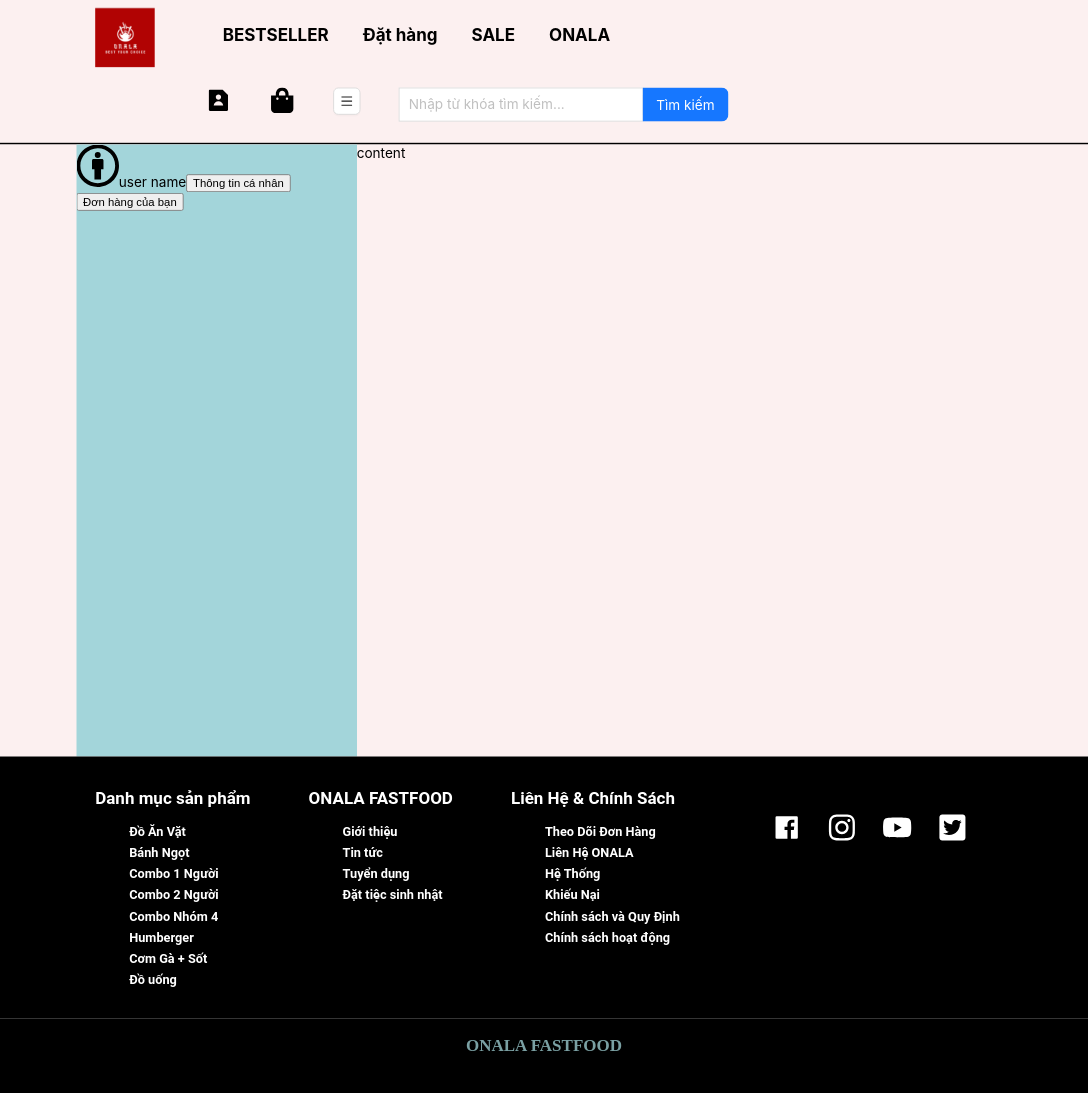
Repository: tranlan149/ONALA
Page: /account
These files come from the project's save history. The page is drawn as it stood at one moment and after the next save; the edit follows.
The browser window is 1280 px wide. The pictures show the whole page, at 85% of full size.
The project was rebuilt for these pictures with package versions that can differ from the ones it lists, and the page was loaded fresh each time. Also part of the build but not shown: src/Components/Search/Search.css, src/Pages/BestSeller/index.js, src/Pages/ONALA/index.js, src/Pages/Sale/index.js, src/Pages/Recommend/index.js, src/Pages/Register/RegisterForm.module.css, src/Pages/Register/index.js, src/Pages/Login/LoginForm.module.css and 12 more.

Above is the page before, as saved 2025-02-11 16:07:03.

### src/App.js
import { Route, Routes } from 'react-router-dom';
import './App.css';
import Layout from './Layout';
import BestSeller from './Pages/BestSeller';
import ONALA from './Pages/ONALA';
import Sale from './Pages/Sale';
import Recommend from './Pages/Recommend';
import Register from './Pages/Register';
import Login from './Pages/Login';
import Order from './Pages/Order';
import Cart from './Pages/Cart';
import Home from './Pages/Home';
import AccountPage from './Pages/Account';

function App() {
  return (
    <>
      <Routes>
          <Route path='/' element={<Layout/>}>
            <Route path='/' element={<Home/>} />
            <Route path='/bestseller' element={<BestSeller/>} />
            <Route path='/account' element={<AccountPage/>} />
            <Route path='/recommend' element={<Recommend/>} />
            <Route path='/order' element={<Order/>} />
            <Route path='/cart' element={<Cart/>} />
            <Route path='/onala' element={<ONALA/>} />
            <Route path='sale' element={<Sale/>} />
            <Route path= 'register' element = {<Register/>}/>

          </Route>





      </Routes>
    </>
  );
}

export default App;

### src/App.css
.App {
  text-align: center;
}

.App-logo {
  height: 40vmin;
  pointer-events: none;
}

@media (prefers-reduced-motion: no-preference) {
  .App-logo {
    animation: App-logo-spin infinite 20s linear;
  }
}

.App-header
{
  background-color: #282c34;
  min-height: 100vh;
  display: flex;
  flex-direction: column;
  align-items: center;
  justify-content: center;
  font-size: calc(10px + 2vmin);
  color: white;
}
.layout_main {
  background-color: #FCF0F0;
}

.App-link {
  color: #61dafb;
}

@keyframes App-logo-spin {
  from {
    transform: rotate(0deg);
  }
  to {
    transform: rotate(360deg);
  }
}

### src/Layout/index.js
import { Outlet } from "react-router-dom";
import {  NavLink } from "react-router-dom";
import logo from "../image/logo.png"
import { RiFileUserFill } from "react-icons/ri";
import { FaShoppingBag } from "react-icons/fa";
import { BiLogoFacebookSquare } from "react-icons/bi";
import { FaInstagram } from "react-icons/fa";
import { FaYoutube } from "react-icons/fa";
import { FaTwitterSquare } from "react-icons/fa";
import SearchBar from '../Components/Search/Search'
import './style.css';

import MenuDropdown from "../Components/dropdown/MenuDropdown";

function Layout(){
    return(
        <>
            <div className='layout'>
                <header className="layout_header">
                    <div className='layout_logo'>
                        <NavLink to='/'>
                            <img src={logo} alt="logo" style={{height:'70px ', width:'70px '}}/>
                        </NavLink>

                    </div>
                    <div className='layout_menu_1'>
                        <ul>
                            <li>
                                <NavLink to='/bestseller'>BESTSELLER</NavLink>
                            </li>
                            <li>
                                <NavLink to='/order'>Đặt hàng </NavLink>
                            </li>
                            <li>
                                <NavLink to='/sale'>SALE</NavLink>
                            </li>
                            <li>
                                <NavLink to='/onala'>ONALA </NavLink>
                            </li>
                        </ul>
                    </div>
                    <div className='layout_menu_2'>
                        <ul>
                            <li>
                                <NavLink to='/account'>
                                    <RiFileUserFill style={{color:'#000 ', fontSize:'30px'}}/>
                                </NavLink>
                            </li>
                            <li>
                                <NavLink to='/cart'>
                                    <FaShoppingBag style={{color:'#000 ', fontSize:'30px'}}/>
                                </NavLink>
                            </li>

                            <li>

                                <MenuDropdown style={{color:'#000 ', fontSize:'30px'}}/>

                            </li>
                            <li>
                                <SearchBar style={{color:'#000000'}}/>
                            </li>
                        </ul>
                    </div>
                </header>
                <main className="layout_main"><Outlet/></main>
                <footer className="layout_footer" >
                    <div className="footer_1">
                        <h2>Danh mục sản phẩm</h2>
                        <ul>
                            <li>
                                <NavLink to='/'>Đồ Ăn Vặt</NavLink>
                            </li>
                            <li>
                                <NavLink to='/'>Bánh Ngọt</NavLink>
                            </li>
                            <li>
                                <NavLink to='/'>Combo 1 Người</NavLink>
                            </li>
                            <li>
                                <NavLink to='/'>Combo 2 Người</NavLink>
                            </li>
                            <li>
                                <NavLink to='/'>Combo Nhóm 4</NavLink>
                            </li>
                            <li>
                                <NavLink to='/'>Humberger</NavLink>
                            </li>
                            <li>
                                <NavLink to='/'>Cơm Gà + Sốt</NavLink>
                            </li>
                            <li>
                                <NavLink to='/'>Đồ uống</NavLink>
                            </li>
                        </ul>

                    </div>
                    <div className="footer_1">
                        <h2>ONALA FASTFOOD</h2>
                        <ul>
                            <li>
                                <NavLink to='/recommend'>Giới thiệu</NavLink>
                            </li>
                            <li>
                                <NavLink to='/'>Tin tức</NavLink>
                            </li>
                            <li>
                                <NavLink to='/'>Tuyển dụng </NavLink>
                            </li>
                            <li>
                                <NavLink to='/'>Đặt tiệc sinh nhật</NavLink>
                            </li>
                        </ul>
                    </div>
                    <div className="footer_1">
                        <h2>Liên Hệ & Chính Sách </h2>
                        <ul>
                            <li>
                                <NavLink to='/'>Theo Dõi Đơn Hàng</NavLink>
                            </li>
                            <li>
                                <NavLink to='/'>Liên Hệ ONALA</NavLink>
                            </li>
                            <li>
                                <NavLink to='/'>Hệ Thống </NavLink>
                            </li>
                            <li>
                                <NavLink to='/'>Khiếu Nại</NavLink>
                            </li>
                            <li>
                                <NavLink to='/'>Chính sách và Quy Định</NavLink>
                            </li>
                            <li>
                                <NavLink to='/'>Chính sách hoạt động</NavLink>
                            </li>
                        </ul>
                    </div>
                    <div className="footer_2">
                        <ul>
                            <li>
                                <BiLogoFacebookSquare style={{fontSize:'35px'}} />
                            </li>
                            <li>
                                <FaInstagram style={{fontSize:'35px'}}/>
                            </li>
                            <li>
                                <FaYoutube style={{fontSize:'35px'}}/>
                            </li>
                            <li>
                                <FaTwitterSquare style={{fontSize:'35px'}}/>
                            </li>
                        </ul>
                    </div>

                </footer>
                <div style={{background:'#000000', color:'#7AA0A3', textAlign:'center', paddingTop:'20px', paddingBottom:'45px', fontFamily:'Lora', fontSize:'20px', fontWeight:"bold"}}>ONALA  FASTFOOD</div>

            </div>
        </>
    );
}
export default Layout;

### src/Pages/Account/index.js
import Login from "../Login";
import UserManagement from "../UserManagement";
function AccountPage() {
    const isLogin = true;
    return (
        <>
            {isLogin ? <UserManagement/> : <Login/>}
        </>
    );
}

export default AccountPage;

### src/Components/Search/Search.js
import React, { useState } from 'react';
import { Input } from 'antd';
import './Search.css';

const { Search } = Input;

const SearchBar = ({ onSearch }) => {
  return (
    <Search
      placeholder="Nhập từ khóa tìm kiếm..."
      allowClear
      enterButton="Tìm kiếm"
      size="large"
      onSearch={onSearch} // Gọi hàm khi nhấn Enter hoặc nút Tìm kiếm
    />
  );
};

export default SearchBar;

### src/Layout/style.css
.layout{
    box-sizing: border-box;
    margin:0px;
    display: flex;
    flex-direction: column;
    min-height: 100vh;
}
.layout_header{
    display:flex;
    padding-left: 112px;
    padding-right: auto;
    padding-top: 9px;
    padding-bottom: 9px;
    flex-wrap: wrap;
    background-color: #FCF0F0;
    border-bottom: 2px solid #000000;


}
.layout_main {
    flex: 1;
}
.layout_menu_1 > ul {
    display: flex;
    list-style: none ;
    margin-top: 20px;
}

.layout_menu_1 > ul > li{
    margin-left: 40px;
}
.layout_menu_1 > ul > li> a{
    text-decoration: none;
    color: #000;
    font-weight: bold;
    font-size: 20px;
}
.layout_menu_2 {
     margin-left: 90px;
}
.layout_menu_2 > ul{
    display: flex;
    list-style: none ;
    margin-top: 20px;
}

.layout_menu_2 > ul > li{
    margin-right: 45px;
}
.layout_footer{
    display: flex;
    padding-left: 112px;
    padding-right: auto;

    background-color: #000000;
    margin-top: 50px;
    justify-content: space-between;
    padding: 20px 112px;
    background-color: #000;
    color: white;

    margin-top: auto;
}
.footer_1{
    margin-right: 30px;
}
.footer_1 > ul {
    list-style: none;
}
.footer_1 > ul > li{
    margin-top: 5px;
}
.footer_1 > ul > li > a{
    text-decoration: none;
    color:#fff;
    font-size: 15px;
    font-family: Roboto;

}
.footer_1 > h2{
    font-size: 20px;
    font-family: Roboto;
}
.footer_2 > ul{
    display: flex;
    list-style: none;
    padding-top: 30px;
}
.footer_2 > ul > li{
    margin-right: 30px;


}

### src/Components/dropdown/MenuDropdown.js
import { Menu, Dropdown, Button } from "antd";
import { MenuOutlined } from "@ant-design/icons";

const menu = (
  <Menu>
    <Menu.Item key="1">
        <h2>Danh mục sản phẩm</h2>
        <ul>
            <li>Đồ Ăn Vặt</li>
            <li>Bánh Ngọt</li>
            <li>Combo 1 Người</li>
            <li>Combo 2 Người</li>
            <li>Combo Nhóm 4</li>
            <li>Humberger</li>
            <li>Cơm Gà + Sốt</li>
            <li>Đồ Uống</li>
        </ul>
    </Menu.Item>
    <Menu.Item key="2">
        <h2>ONALA </h2>
        <ul>
            <li>Giới thiệu</li>
            <li>Tin tức </li>
            <li>Tuyển dụng </li>
            <li>Đặt tiệc sinh nhật </li>
        </ul>
    </Menu.Item>
    <Menu.Item key="3">
        <h2>Liên Hệ & Chính Sách </h2>
        <ul>
            <li>Theo Dõi Đơn Hàng </li>
            <li>Liên Hệ ONALA </li>
            <li>Hệ Thống </li>
            <li>Khiếu Nại </li>
            <li>Chính sách và Quy Định</li>
            <li>Chính sách hoạt động </li>
        </ul>
    </Menu.Item>
  </Menu>
);

function MenuDropdown() {
  return (
    <Dropdown overlay={menu} trigger={["click"]}>
      <Button icon={<MenuOutlined />}></Button>
    </Dropdown>
  );
}

export default MenuDropdown;

### src/Pages/DangNhap/style.css

.contentForm {
    margin: 80px 164px;
    display: flex;
    flex-direction: row;
    font-weight: 600;
}
:link {
    font-weight: 600;
}
.formContainer {
    margin-left: 176px;
}
.right-align {
    text-align: right;
    font-size: 20px;
    cursor: pointer;
}

a {
    text-decoration: none;
    color: black;
}
.underlineInput {
    width: 520px;
    border: none;
    border-bottom: 1px solid #000;
    outline: none;
    padding: 8px;
    font-size: 20px;
    background-color: #FCF0F0;

}
:where(.css-dev-only-do-not-override-cdzvx5) .underlineInput:focus,
:where(.css-dev-only-do-not-override-cdzvx5) .underlineInput:hover {

    background-color: #FCF0F0 !important;
}
:where(.css-dev-only-do-not-override-cdzvx5) .retrieveInput {
    background-color: #ffffff !important;
    font-size: 14px ;
    width: 630px;
    border-bottom: 1px solid #E53737;
}
.underlineInput:hover {
    background-color: #FCF0F0;
    border-bottom: 1px solid #4CAF50;

}
.underlineInput:focus,
.underlineInput:focus-within {
    border-bottom-color: #4CAF50;
    background-color: #FCF0F0;

}
.retrieveInput:hover {
    background-color: #ffffff !important;


}
.retrieveInput:focus,
.retrieveInput:focus-within {
    border-bottom-color: #4CAF50 ;
    background-color: #ffffff !important;

}



.ant-input-affix-wrapper,
.ant-input
{
    border-radius: 0 !important;
}

:where(.css-dev-only-do-not-override-cdzvx5) .ant-col-offset-8 {
    margin: 0 !important;
}
:where(.css-dev-only-do-not-override-cdzvx5) .ant-input:focus,
:where(.css-dev-only-do-not-override-cdzvx5).ant-input-outlined:focus,
:where(.css-dev-only-do-not-override-cdzvx5).ant-input-outlined:focus-within,
:where(.css-dev-only-do-not-override-cdzvx5).ant-input-outlined,
:where(.css-dev-only-do-not-override-cdzvx5).ant-input-outlined.ant-input-status-error:not(.ant-input-disabled):focus,
:where(.css-dev-only-do-not-override-cdzvx5).ant-input-outlined.ant-input-status-error:not(.ant-input-disabled):focus,
:where(.css-dev-only-do-not-override-cdzvx5).ant-input-outlined.ant-input-status-error:not(.ant-input-disabled):focus-within,
:where(.css-dev-only-do-not-override-cdzvx5).ant-input-outlined.ant-input-status-error:not(.ant-input-disabled):hover
{
    outline: none;
    box-shadow: none;
}

:where(.css-dev-only-do-not-override-cdzvx5).ant-input-outlined.ant-input-status-error:not(.ant-input-disabled):focus,
:where(.css-dev-only-do-not-override-cdzvx5).ant-input-outlined.ant-input-status-error:not(.ant-input-disabled):focus,
:where(.css-dev-only-do-not-override-cdzvx5).ant-input-outlined.ant-input-status-error:not(.ant-input-disabled):focus-within,
:where(.css-dev-only-do-not-override-cdzvx5).ant-input-outlined.ant-input-status-error:not(.ant-input-disabled):hover {
    background-color: #FCF0F0;
}
:where(.css-dev-only-do-not-override-cdzvx5).ant-input-outlined.ant-input-status-error:not(.ant-input-disabled){
    border: none; /* Bỏ các đường viền mặc định */
    border-bottom: 1px solid #ff4d4f;
    background-color: #FCF0F0;

}
:where(.css-dev-only-do-not-override-cdzvx5).ant-col-8 {
    flex: 0;
}
:where(.css-dev-only-do-not-override-cdzvx5).ant-col-16 {
    max-width: 100% !important;
}
:where(.css-dev-only-do-not-override-cdzvx5).ant-checkbox-wrapper.ant-checkbox-wrapper-in-form-item input[type="checkbox"],
:where(.css-dev-only-do-not-override-cdzvx5).ant-checkbox .ant-checkbox-inner{
    width: 28px;
    height: 28px;
}


.ant-modal .ant-modal-title {
    text-align: center;
    font-size: 20px;
    padding: 0 115px;
}
.ant-modal-body >p {
    text-align: center;
}

### src/Pages/Login/style.css

.contentForm {
    margin: 80px 164px;
    display: flex;
    flex-direction: row;
    font-weight: 600;
}
:link {
    font-weight: 600;
}
.formContainer {
    margin-left: 176px;
}
.right-align {
    text-align: right;
    font-size: 20px;
    cursor: pointer;
}

a {
    text-decoration: none;
    color: black;
}
.underlineInput {
    width: 520px;
    border: none;
    border-bottom: 1px solid #000;
    outline: none;
    padding: 8px;
    font-size: 20px;
    background-color: #FCF0F0;

}
:where(.css-dev-only-do-not-override-cdzvx5) .underlineInput:focus,
:where(.css-dev-only-do-not-override-cdzvx5) .underlineInput:hover {

    background-color: #FCF0F0 !important;
}
:where(.css-dev-only-do-not-override-cdzvx5) .retrieveInput {
    background-color: #ffffff !important;
    font-size: 14px ;
    width: 630px;
    border-bottom: 1px solid #E53737;
}
.underlineInput:hover {
    background-color: #FCF0F0;
    border-bottom: 1px solid #4CAF50;

}
.underlineInput:focus,
.underlineInput:focus-within {
    border-bottom-color: #4CAF50;
    background-color: #FCF0F0;

}
.retrieveInput:hover {
    background-color: #ffffff !important;


}
.retrieveInput:focus,
.retrieveInput:focus-within {
    border-bottom-color: #4CAF50 ;
    background-color: #ffffff !important;

}



.ant-input-affix-wrapper,
.ant-input
{
    border-radius: 0 !important;
}

:where(.css-dev-only-do-not-override-cdzvx5) .ant-col-offset-8 {
    margin: 0 !important;
}
:where(.css-dev-only-do-not-override-cdzvx5) .ant-input:focus,
:where(.css-dev-only-do-not-override-cdzvx5).ant-input-outlined:focus,
:where(.css-dev-only-do-not-override-cdzvx5).ant-input-outlined:focus-within,
:where(.css-dev-only-do-not-override-cdzvx5).ant-input-outlined,
:where(.css-dev-only-do-not-override-cdzvx5).ant-input-outlined.ant-input-status-error:not(.ant-input-disabled):focus,
:where(.css-dev-only-do-not-override-cdzvx5).ant-input-outlined.ant-input-status-error:not(.ant-input-disabled):focus,
:where(.css-dev-only-do-not-override-cdzvx5).ant-input-outlined.ant-input-status-error:not(.ant-input-disabled):focus-within,
:where(.css-dev-only-do-not-override-cdzvx5).ant-input-outlined.ant-input-status-error:not(.ant-input-disabled):hover
{
    outline: none;
    box-shadow: none;
}

:where(.css-dev-only-do-not-override-cdzvx5).ant-input-outlined.ant-input-status-error:not(.ant-input-disabled):focus,
:where(.css-dev-only-do-not-override-cdzvx5).ant-input-outlined.ant-input-status-error:not(.ant-input-disabled):focus,
:where(.css-dev-only-do-not-override-cdzvx5).ant-input-outlined.ant-input-status-error:not(.ant-input-disabled):focus-within,
:where(.css-dev-only-do-not-override-cdzvx5).ant-input-outlined.ant-input-status-error:not(.ant-input-disabled):hover {
    background-color: #FCF0F0;
}
:where(.css-dev-only-do-not-override-cdzvx5).ant-input-outlined.ant-input-status-error:not(.ant-input-disabled){
    border: none; /* Bỏ các đường viền mặc định */
    border-bottom: 1px solid #ff4d4f;
    background-color: #FCF0F0;

}
:where(.css-dev-only-do-not-override-cdzvx5).ant-col-8 {
    flex: 0;
}
:where(.css-dev-only-do-not-override-cdzvx5).ant-col-16 {
    max-width: 100% !important;
}
:where(.css-dev-only-do-not-override-cdzvx5).ant-checkbox-wrapper.ant-checkbox-wrapper-in-form-item input[type="checkbox"],
:where(.css-dev-only-do-not-override-cdzvx5).ant-checkbox .ant-checkbox-inner{
    width: 28px;
    height: 28px;
}


.ant-modal .ant-modal-title {
    text-align: center;
    font-size: 20px;
    padding: 0 115px;
}
.ant-modal-body >p {
    text-align: center;
}

### src/Pages/UserManagement/index.js
import './style.css'
import iconUser from '../../image/iconUser.svg'
import { Link } from 'react-router-dom';
function UserManagement() {
    return (
        <div className="managementContainer">
            <div className="sideBarManagement">
                <div className='userContain'>
                    <span id='userName'>
                        <img src={iconUser} alt='icon'/>
                        user name
                    </span>
                    <button>Thông tin cá nhân</button>

                    <button>Đơn hàng của bạn</button>

                </div>

            </div>
            <div className="contentManagement">
                content
            </div>
        </div>
    );
}

export default UserManagement;

### src/Pages/UserManagement/style.css
.managementContainer {
    display: flex;
    flex-direction: row;
    margin-left: 7%;
}

.sideBarManagement {
    width: 330px;
    background-color: #A3D5DA;
    height: 100vh;
}

.contentManagement {

}

Loaded but not shown: public/index.html (common file); src/index.js (common file); src/index.css (common file); src/reportWebVitals.js (common file)

After the next save:
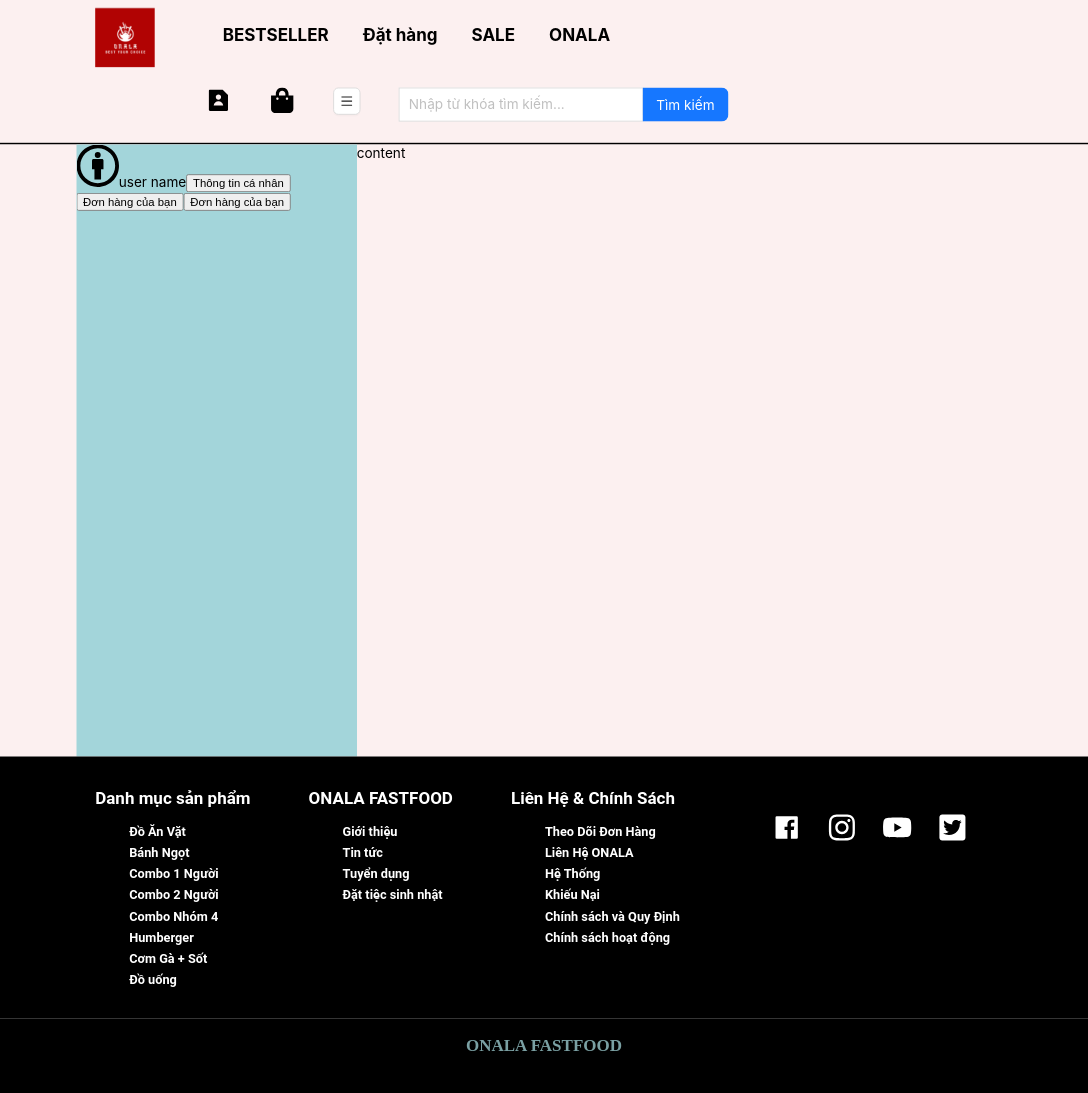
Saved 8 s later.
--- a/src/Pages/UserManagement/index.js
+++ b/src/Pages/UserManagement/index.js
@@ -13,6 +13,7 @@ function UserManagement() {
                     <button>Thông tin cá nhân</button>
 
                     <button>Đơn hàng của bạn</button>
+                    <button>Đơn hàng của bạn</button>
 
                 </div>
 
